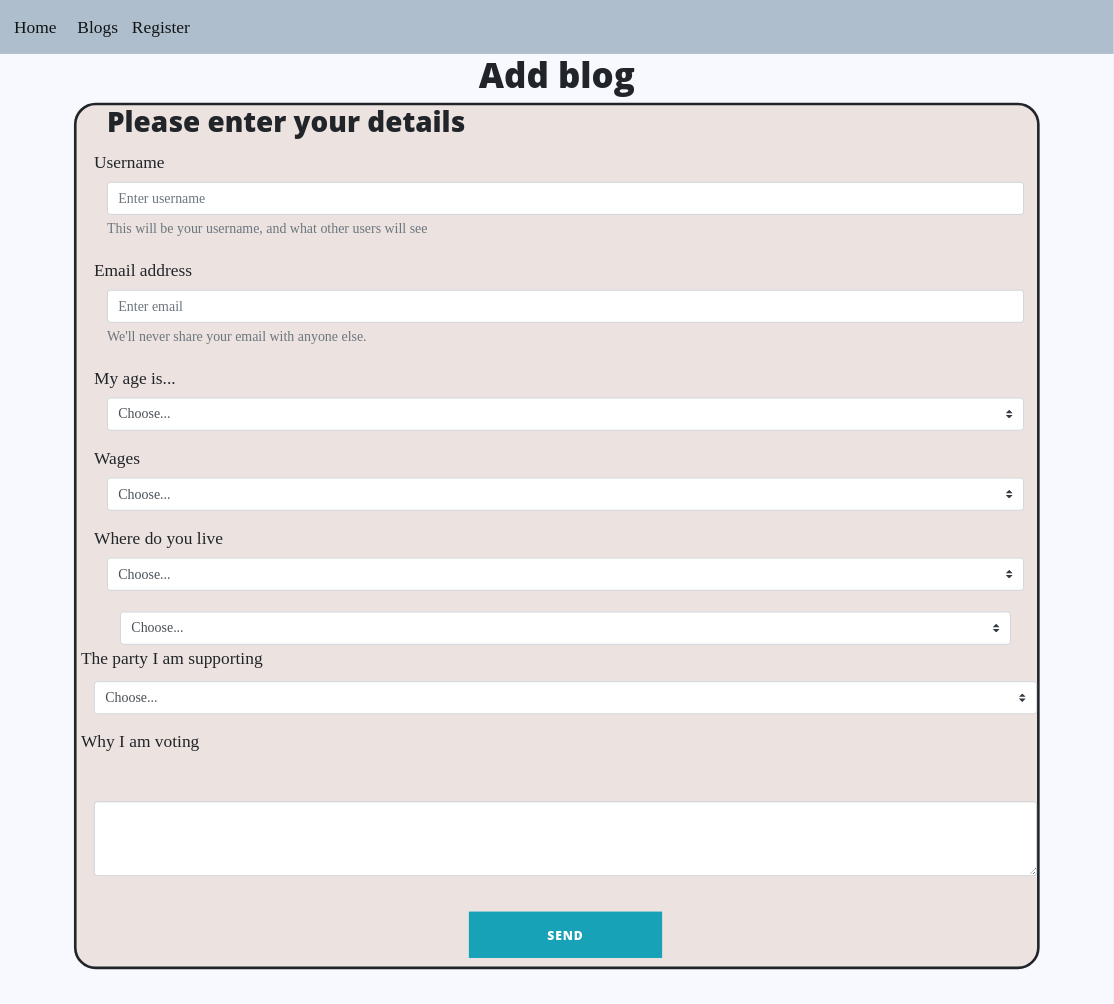
Repository: Rudancy/ms3
Page: templates/add_blog.html
The author's editor kept a record of every edit. The page is drawn from the files as they stood at one moment, then again after the next edit.
The browser window is 1280 px wide. The pictures show the whole page, at 87% of full size.
Some web libraries are served in a nearby version. The template is drawn by Flask 3. The application's start-up code is not run. The template is opened directly, without the code that normally fills it, so the values that code supplies are empty.

Above is the page before.

After the next edit:
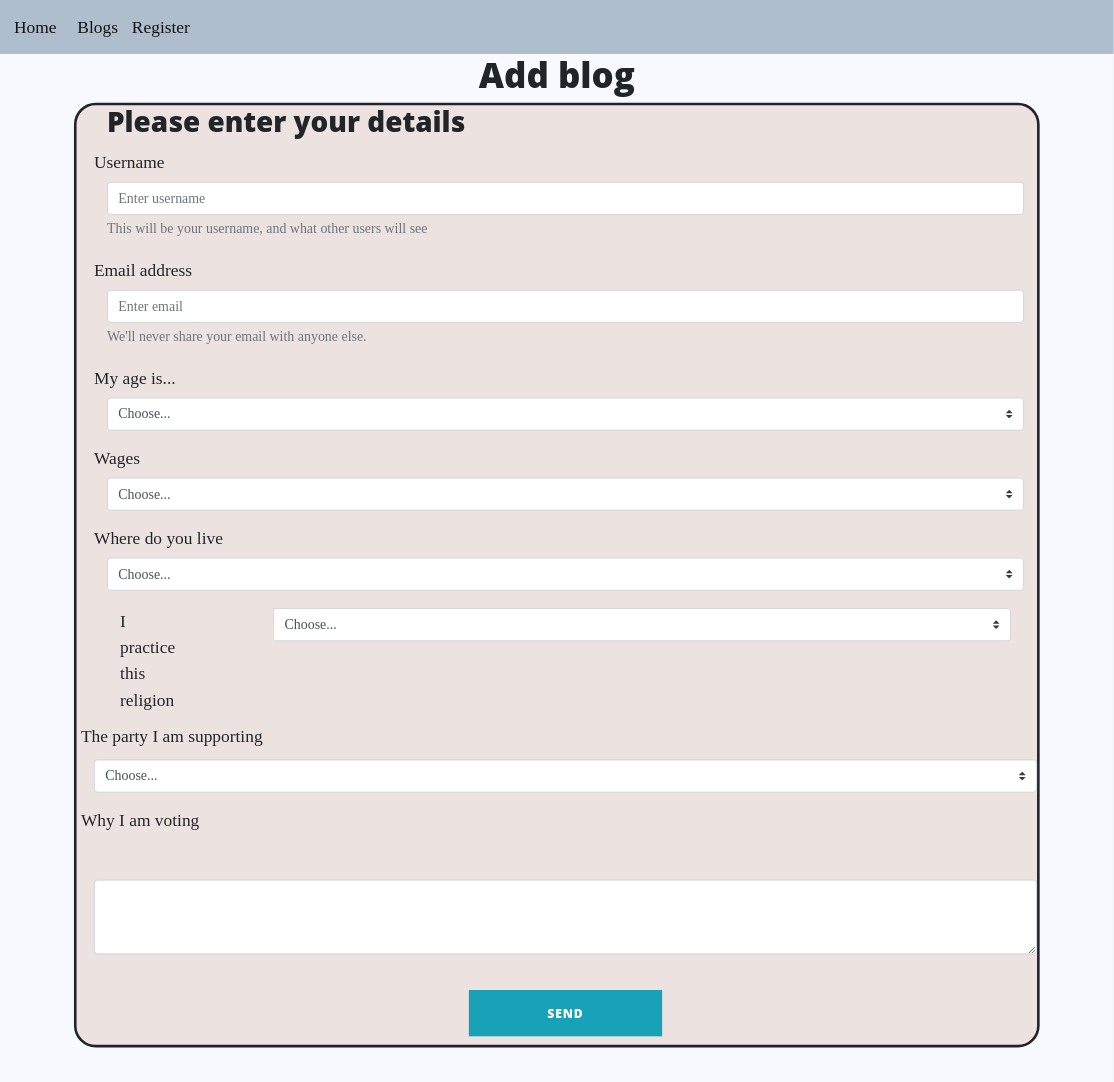
The edit:
--- a/templates/add_blog.html
+++ b/templates/add_blog.html
@@ -101,13 +101,15 @@
                     </div>
                 </div>
             </div>
-             <div class="row mb-1">
 
-    </div>
 
             <div class="col-12">
                 <div class="input-group">
-
+                    <div class="row mb-1">
+                        <div class="col-4">
+                            <label for="exampleInputEmail1">I practice this religion</label>
+                        </div>
+                    </div>
 
                     <select name="user_religion" class="custom-select" id="inputGroupSelect04">
                         <option selected>Choose...</option>
